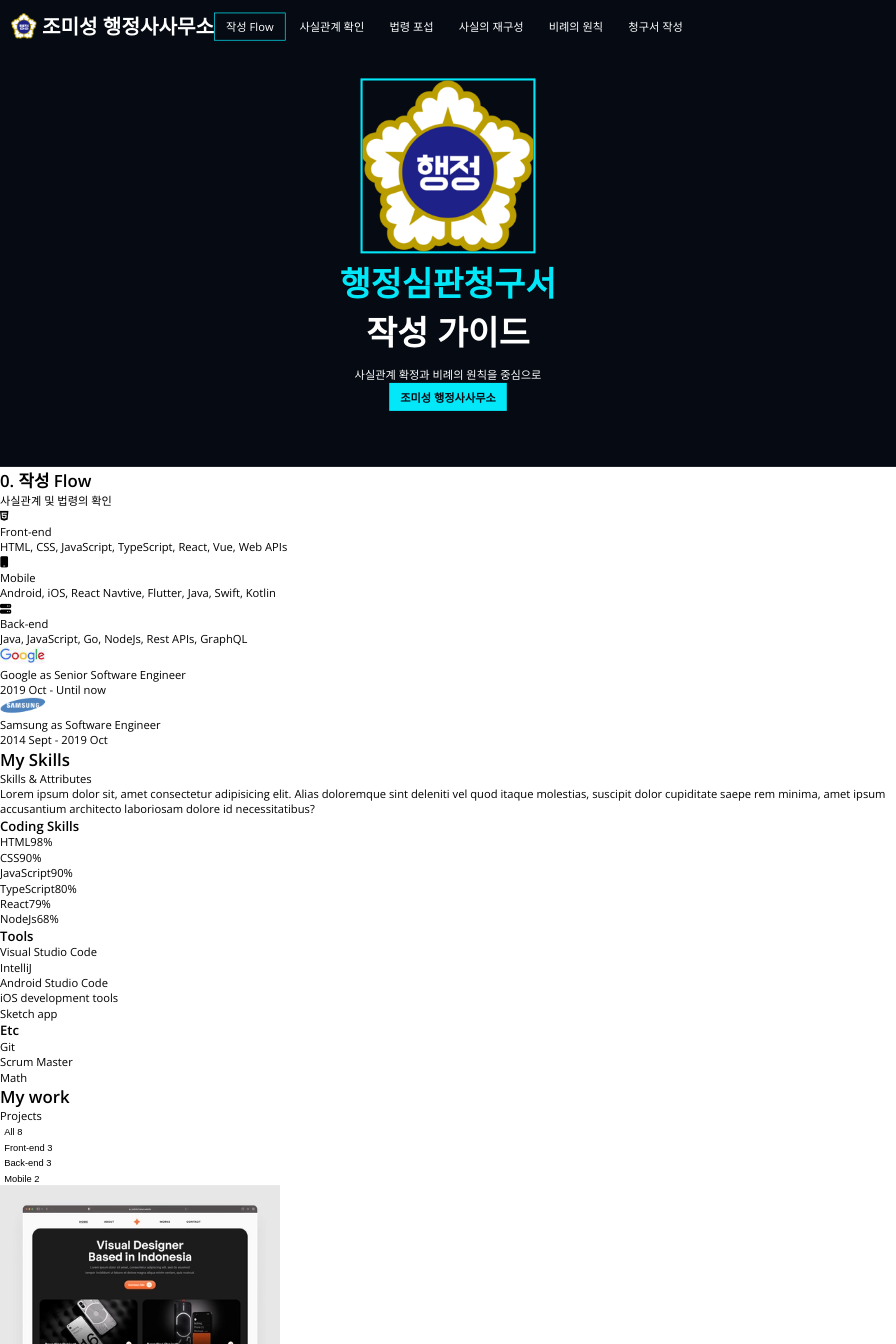
Repository: eggmoon/eggmoon_new
Page: index.html
These files come from the project's save history. The page is drawn as it stood at one moment and after the next save; the edit follows.
The browser window is 1280 px wide. The pictures show the part of the page from y = 0 to 1920 px (the page is 5670 px tall before and 5672 px after), at 70% of full size.
The pointer rests on the first visible `.home__contact`.
Some web libraries are served in a nearby version.

Above is the page before, as saved 2025-02-26 10:42:20.

### index.html
<!DOCTYPE html>
<html lang="en">
  <head>
    <meta charset="UTF-8" />
    <meta http-equiv="X-UA-Compatible" content="IE=edge" />
    <meta name="viewport" content="width=device-width, initial-scale=1.0" />
    <!-- SEO -->
    <title>행정심판청구서 작성 가이드</title>
    <meta
      name="description"
      content="Portfolio for world-renowned software
    engineer Ellie"
    />
    <meta name="author" content="MScho" />
    <link rel="shortcut icon" href="images/favicon.ico" type="image/x-icon" />
    <!-- OG (Open Graph Data) -->
    <meta property="og:title" content="행정정심판청구서 작성 가이드" />
    <meta property="og:type" content="website" />
    <meta property="og:url" content="https://eggmoon.github.io/eggmoon/"/>
    <meta property="og:image" content="배포후에 생성된 이미지 URL" />
    <!-- Google Fonts -->
    <link rel="preconnect" href="https://fonts.googleapis.com" />
    <link rel="preconnect" href="https://fonts.gstatic.com" crossorigin />
    <link
      href="https://fonts.googleapis.com/css2?family=Open+Sans:wght@400;600&display=swap"
      rel="stylesheet"
    />
    <!-- Font Awesome -->
    <script
      src="https://kit.fontawesome.com/9eb162ac0d.js"
      crossorigin="anonymous"
    ></script>
    <!-- CSS -->
    <link rel="stylesheet" href="css/style.css" />
    <!-- Javascript -->
    <script src="src/main.js" defer></script>
  </head>
  <body>
    <!-- Header -->
    <header class="header">
      <div class="header__logo">
        <img class="header__logo__img" src="images/favicon.ico" alt="logo" />
        <h1 class="header__logo__title"><a href="#">조미성 행정사사무소</a></h1>
      </div>
      <nav>
        <ul class="header__menu">
          <li><a class="header__menu__item active" href="#home">작성 Flow</a></li>
          <li><a class="header__menu__item" href="#about">사실관계 확인</a></li>
          <li><a class="header__menu__item" href="#skills">법령 포섭</a></li>
          <li><a class="header__menu__item" href="#work">사실의 재구성</a></li>
          <li><a class="header__menu__item" href="#testimonial">비례의 원칙</a></li>
          <li><a class="header__menu__item" href="#contact">청구서 작성</a></li>
        </ul>
      </nav>
    </header>
    <!-- Main -->
    <main>
      <!-- Home -->
      <section id="home">
        <img class="home__logo" src="images/favicon.ico" alt="Ellie's profile" />
        <h2 class="home__title"><strong class="home__title--strong">행정심판청구서</strong> <br> 작성 가이드</h2>
        <p class="home__description">사실관계 확정과 비례의 원칙을 중심으로</p>
        <a class="home__contact" href="#contact">조미성 행정사사무소</a>
      </section>
      <!-- About -->
      <section id="about">
        <h2>0. 작성 Flow</h2>
        <p>
          사실관계 및 법령의 확인
        </p>
        <ul>
          <li>
            <i class="fa-brands fa-html5"></i>
            <p>Front-end</p>
            <p>HTML, CSS, JavaScript, TypeScript, React, Vue, Web APIs</p>
          </li>
          <li>
            <i class="fa-solid fa-mobile"></i>
            <p>Mobile</p>
            <p>Android, iOS, React Navtive, Flutter, Java, Swift, Kotlin</p>
          </li>
          <li>
            <i class="fa-solid fa-server"></i>
            <p>Back-end</p>
            <p>Java, JavaScript, Go, NodeJs, Rest APIs, GraphQL</p>
          </li>
        </ul>
        <ul>
          <li>
            <img src="images/jobs/google.png" alt="google logo" />
            <div>
              <p>Google as Senior Software Engineer</p>
              <p>2019 Oct - Until now</p>
            </div>
          </li>
          <li>
            <img src="images/jobs/samsung.png" alt="samsung logo" />
            <div>
              <p>Samsung as Software Engineer</p>
              <p>2014 Sept - 2019 Oct</p>
            </div>
          </li>
        </ul>
      </section>
      <!-- Skills -->
      <section id="skills">
        <h2>My Skills</h2>
        <p>Skills & Attributes</p>
        <p>
          Lorem ipsum dolor sit, amet consectetur adipisicing elit. Alias
          doloremque sint deleniti vel quod itaque molestias, suscipit dolor
          cupiditate saepe rem minima, amet ipsum accusantium architecto
          laboriosam dolore id necessitatibus?
        </p>
        <div>
          <section>
            <h3>Coding Skills</h3>
            <ul>
              <li>
                <div><span>HTML</span><span>98%</span></div>
                <div><div style="width: 98%"></div></div>
              </li>
              <li>
                <div><span>CSS</span><span>90%</span></div>
                <div><div style="width: 90%"></div></div>
              </li>
              <li>
                <div><span>JavaScript</span><span>90%</span></div>
                <div><div style="width: 90%"></div></div>
              </li>
              <li>
                <div><span>TypeScript</span><span>80%</span></div>
                <div><div style="width: 80%"></div></div>
              </li>
              <li>
                <div><span>React</span><span>79%</span></div>
                <div><div style="width: 79%"></div></div>
              </li>
              <li>
                <div><span>NodeJs</span><span>68%</span></div>
                <div><div style="width: 68%"></div></div>
              </li>
            </ul>
          </section>
          <section>
            <h3>Tools</h3>
            <ul>
              <li>Visual Studio Code</li>
              <li>IntelliJ</li>
              <li>Android Studio Code</li>
              <li>iOS development tools</li>
              <li>Sketch app</li>
            </ul>
          </section>
          <section>
            <h3>Etc</h3>
            <ul>
              <li>Git</li>
              <li>Scrum Master</li>
              <li>Math</li>
            </ul>
          </section>
        </div>
      </section>
      <!-- Work -->
      <section id="work">
        <h2>My work</h2>
        <p>Projects</p>
        <ul>
          <li>
            <button>All <span>8</span></button>
          </li>
          <li>
            <button>Front-end <span>3</span></button>
          </li>
          <li>
            <button>Back-end <span>3</span></button>
          </li>
          <li>
            <button>Mobile <span>2</span></button>
          </li>
        </ul>
        <ul>
          <li>
            <a href="#" target="_blank">
              <img src="images/projects/project1.webp" alt="project1" />
              <div>
                <h3>Project #1</h3>
                <p>Clone Coding with HTML, CSS</p>
              </div>
            </a>
          </li>
          <li>
            <a href="#" target="_blank">
              <img src="images/projects/project2.webp" alt="project2" />
              <div>
                <h3>Project #2</h3>
                <p>Clone Coding with HTML, CSS</p>
              </div>
            </a>
          </li>
          <li>
            <a href="#" target="_blank">
              <img src="images/projects/project3.webp" alt="project3" />
              <div>
                <h3>Project #3</h3>
                <p>Clone Coding with HTML, CSS</p>
              </div>
            </a>
          </li>
          <li>
            <a href="#" target="_blank">
              <img src="images/projects/project4.webp" alt="project4" />
              <div>
                <h3>Project #4</h3>
                <p>Clone Coding with HTML, CSS</p>
              </div>
            </a>
          </li>
          <li>
            <a href="#" target="_blank">
              <img src="images/projects/project5.webp" alt="project5" />
              <div>
                <h3>Project #5</h3>
                <p>Clone Coding with HTML, CSS</p>
              </div>
            </a>
          </li>
          <li>
            <a href="#" target="_blank">
              <img src="images/projects/project6.webp" alt="project6" />
              <div>
                <h3>Project #6</h3>
                <p>Clone Coding with HTML, CSS</p>
              </div>
            </a>
          </li>
          <li>
            <a href="#" target="_blank">
              <img src="images/projects/project7.webp" alt="project7" />
              <div>
                <h3>Project #7</h3>
                <p>Clone Coding with HTML, CSS</p>
              </div>
            </a>
          </li>
          <li>
            <a href="#" target="_blank">
              <img src="images/projects/project8.webp" alt="project8" />
              <div>
                <h3>Project #8</h3>
                <p>Clone Coding with HTML, CSS</p>
              </div>
            </a>
          </li>
        </ul>
      </section>
      <!-- Testimonials -->
      <section id="testimonial">
        <h2>Testimonial</h2>
        <p>See what they say about me</p>
        <ul>
          <li>
            <img src="images/testimonials/people1.webp" alt="people1" />
            <div>
              <p>
                Lorem ipsum dolor sit amet, consectetur adipisicing elit. Rem ad
                iusto, ea alias, at sit libero laboriosam eaque eum, reiciendis
                obcaecati vitae non reprehenderit beatae officiis. Dolore
                corporis eveniet labore.
              </p>
              <p><a href="#">James Kim</a> /Google</p>
            </div>
          </li>
          <li>
            <img src="images/testimonials/people2.webp" alt="people2" />
            <div>
              <p>
                Lorem ipsum, dolor sit amet consectetur adipisicing elit. Iure
                adipisci quibusdam perspiciatis neque consequuntur nostrum
                quisquam dolore consequatur voluptatum animi laborum, sequi
                ipsum rerum voluptatibus sit ab similique quos velit?
              </p>
              <p><a href="#">Anna Jin</a> /Samsung</p>
            </div>
          </li>
          <li>
            <img src="images/testimonials/people3.webp" alt="people3" />
            <div>
              <p>
                Lorem ipsum dolor sit amet consectetur adipisicing elit.
                Perferendis, mollitia. Fugiat recusandae unde ducimus harum
                voluptas earum reiciendis expedita inventore quas ab eum
                dignissimos, maiores deleniti officiis qui, repudiandae
                voluptatibus?
              </p>
              <p><a href="#">Anna Jin</a> /Samsung</p>
            </div>
          </li>
        </ul>
      </section>
      <!-- Arrow up -->
      <aside>
        <a href="#home" title="back to top">
          <i class="fa-solid fa-arrow-up"></i>
        </a>
      </aside>
    </main>
    <!-- Footer -->
    <footer id="contact">
      <h2>Let&#39;s talk</h2>
      <p>dream.coder.ellie@gmail.com</p>
      <ul>
        <li>
          <a
            href="https://github.com/dream-ellie"
            target="_blank"
            title="my github link"
          >
            <i class="fa-brands fa-github"></i>
          </a>
        </li>
        <li>
          <a
            href="https://github.com/dream-ellie"
            target="_blank"
            title="my linkedin link"
          >
            <i class="fa-brands fa-linkedin"></i>
          </a>
        </li>
      </ul>
      <p>ⓒDream Coding Ellie - All rights reserved</p>
    </footer>
  </body>
</html>

### css/style.css
/* Global */
:root {
/* App Colors */
  --color-primary: var(--color-black);
  --color-primary-variant: var(--color-gray);
  --color-accent: var(--color-blue);
  --color-accent-variant: var(--color-orange);
  --color-text: var(--color-white);
  /* Colors */
  --color-white: #ffffff;
  --color-black: #050a13;
  --color-blue: #03e8f9;
  --color-orange: #fd6413;
  --color-gray: #1b1e26;
}
*{
  box-sizing: border-box;
}
body {
  font-family: 'Open Sans', sans-serif;
  margin: 0;
}
h1, h2, h3, p, ul {
  margin: 0;
}

ul {
  list-style: none;
  padding: 0;
}

a{
  text-decoration: none;
  color: var(--color-text);
}

button{
  background-color: transparent;
  outline: 0;
  border: 0;
}

button:focus {
  outline: 1px solid var(--color-blue);
}

.header{
  position: fixed;
  background-color: var(--color-black);
  top: 0;
  width: 100%;
  padding:1rem;
  display: flex;
  justify-content: space-betwe en;
  align-items: center;
}

.header__logo{
  display:flex;
  align-items: center;
  gap: 8px
}

.header__logo__img{
  width: 36px;
  height: 36px;
}

.header__logo__title {
  font-size: 1.8rem;
}

.header__menu{
  display:flex;
  gap: 4px;
}
.header__menu__item{
  padding: 8px 16px;
}
.header__menu__item:hover{
  border-bottom: 1px solid var(--color-accent);
}
.header__menu__item.active{
  border: 1px solid var(--color-accent);
}
/* Home */
#home{
  background-color: var(--color-primary);
  color: var(--color-text);
  padding: 5rem 1rem;
  padding-top: 7rem;
  text-align: center;
}
.home__logo{
 width: 250px;
 height: 250px;
 object-fit: cover;
 border: 3px solid var(--color-accent);
}
.home__title{
 font-size:3rem;
 margin-bottom: 1rem;

}
.home__title--strong{
  color: var(--color-accent);
}
.home__description{

}

.home__contact{
  display: inline-block;
  background-color: var(--color-accent);
  color: var(--color-black);
  padding: 0.5rem 1rem;
  font-weight: bold;
}

.home__contact:hover{

}

Loaded but not shown: src/main.js (no copy from this time; the picture is the same without it)

After the next save:
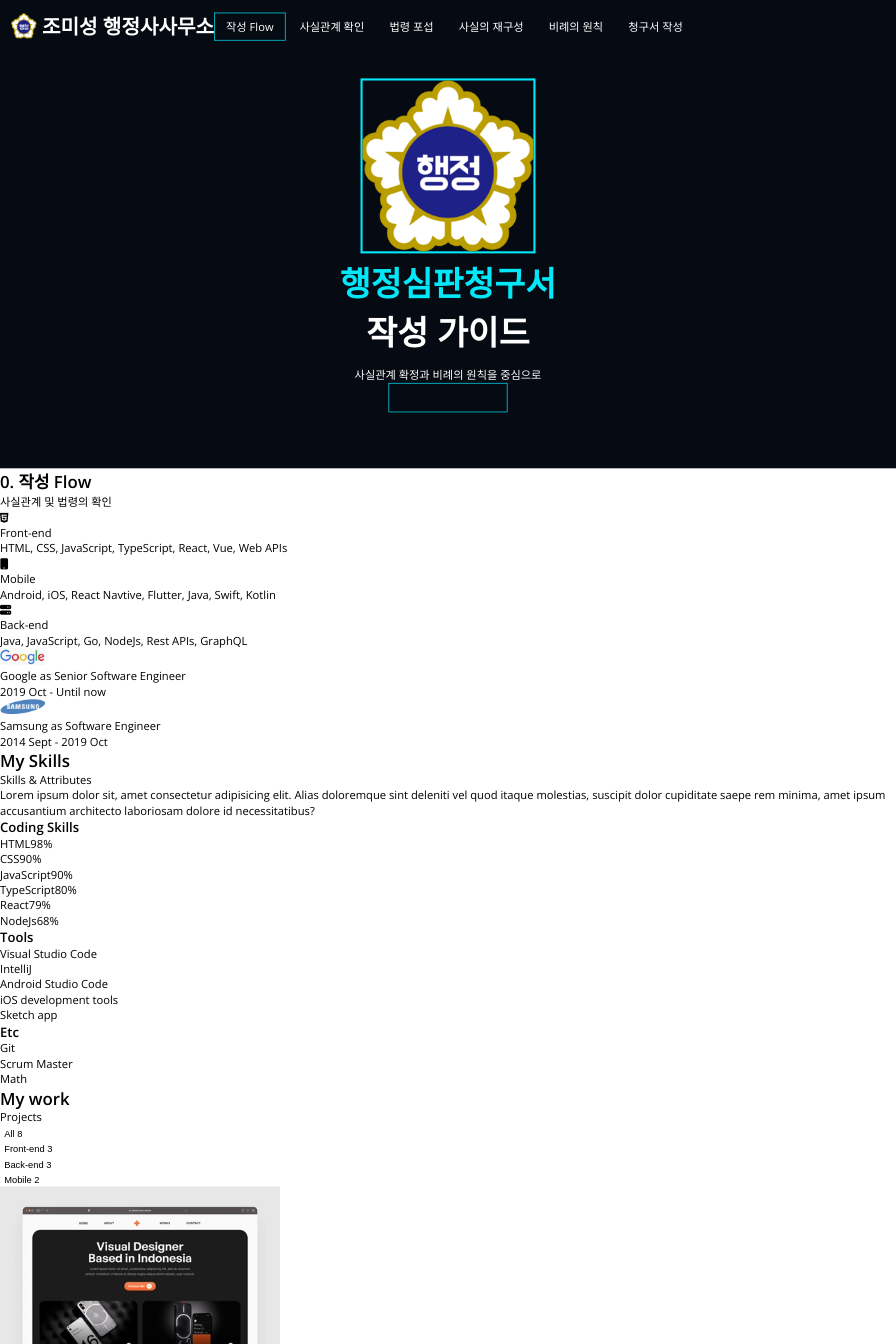
Saved 18 s later.
--- a/css/style.css
+++ b/css/style.css
@@ -118,5 +118,6 @@
 }
 
 .home__contact:hover{
-
+  background-color:transparent;
+  border: 1px solid var(--color-accent);
 }
